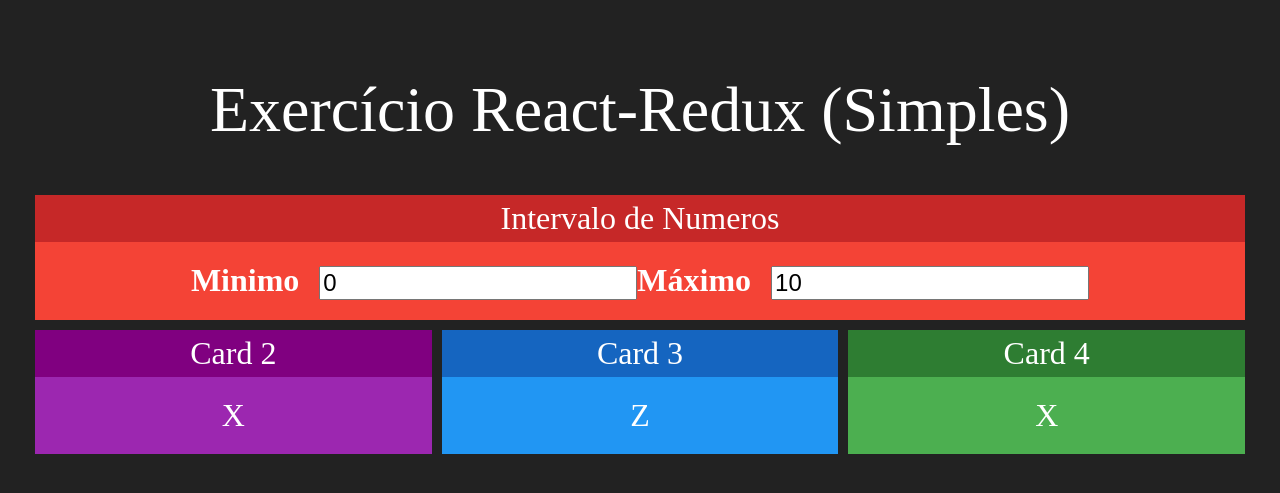
Repository: eversonps/redux-simples
Page: /
An editor plug-in stored every save of this project. The page is shown before and after the next save, followed by the edit.
The browser window is 1280 px wide. The pictures show the whole page.
The project was rebuilt for these pictures with package versions that can differ from the ones it lists, and the page was loaded fresh each time.

Above is the page before, as saved 2022-03-11 12:57:30.

### src/index.css
body{
  background-color: #222;
  font-size: 2rem;
  color: #fff;
  margin: 30px;
}

### src/App.js
import logo from './logo.svg';
import './App.css';
import Card from './components/Card';
import Intervalo from './components/Intervalo';

function App() {
  return (
    <div className="App">
      <h1>Exercício React-Redux (Simples)</h1>
      <div className='linha'>
        <Intervalo title="Card 1" red>X</Intervalo>
      </div>
      <div className='linha'>
        <Card title="Card 2" purple>X</Card>
        <Card title="Card 3" blue>Z</Card>
        <Card title="Card 4" green>X</Card>
      </div>
    </div>
  );
}

export default App;

### src/App.css
.App{
  display: flex;
  flex-direction: column;
  text-align: center;
}

h1{
  font-weight: 200;
}

.linha{
  display: flex;
}

### src/components/Card.jsx
import "./Card.css"
import React from "react"

function getColor(props){
    if(props.red) return "Red"
    if(props.green) return "Green"
    if(props.blue) return "Blue"
    if(props.purple) return "Purple"
    return ""
}

export default props => (
    <div className={`Card ${getColor(props)}`}>
        <div className="Header">
            <span className="Title">{props.title}</span>
        </div>
        <div className="Content">
            {props.children}
        </div>
    </div>
)

### src/components/Intervalo.jsx
import "./Intervalo.css"
import React from "react"
import Card from "./Card"

export default props => {
    return (
        <Card title="Intervalo de Numeros" red>
            <div className="Intervalo">
                <span>
                    <strong>Minimo</strong>
                    <input type="number" value={0} readOnly/>
                </span>

                <span>
                    <strong>Máximo</strong>
                    <input type="number" value={10} readOnly/>
                </span>
            </div>
        </Card>
    )
}

### src/components/Card.css
.Card{
    flex: 1;
    display: flex;
    flex-direction: column;
    margin: 5px;
}

.Card .Header{
    display: flex;
    justify-content: center;
}

.Card .Header .Title{
    flex: 1;
    padding: 5px;
}

.Card .Content{
    padding: 20px;
}

.Card.Red .Header{ color: #FFF; background-color: #c62828;}
.Card.Red .Content{background-color: #f44336;}

.Card.Green .Header{ color: #FFF; background-color: #2e7d32;}
.Card.Green .Content{background-color: #4caf50;}

.Card.Blue .Header{ color: #FFF; background-color: #1565c0;}
.Card.Blue .Content{background-color: #2196f3;}

.Card.Purple .Header{ color: #FFF; background-color: purple;}
.Card.Purple .Content{background-color: #9c27b0;}

### src/components/Intervalo.css
.Intervalo input {
    font-size: 1.5rem;
    margin-left: 20px;
}

Loaded but not shown: public/index.html (common file); src/index.js (common file); src/reportWebVitals.js (common file)

After the next save:
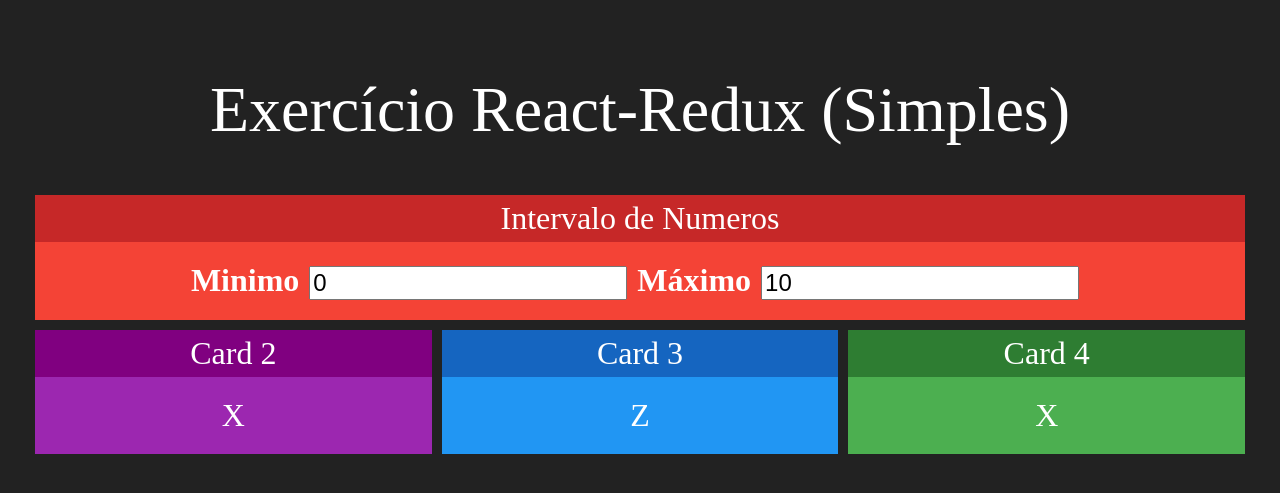
Saved 24 s later.
--- a/src/components/Intervalo.css
+++ b/src/components/Intervalo.css
@@ -1,4 +1,4 @@
 .Intervalo input {
     font-size: 1.5rem;
-    margin-left: 20px;
+    margin: 0 10px;
 }
